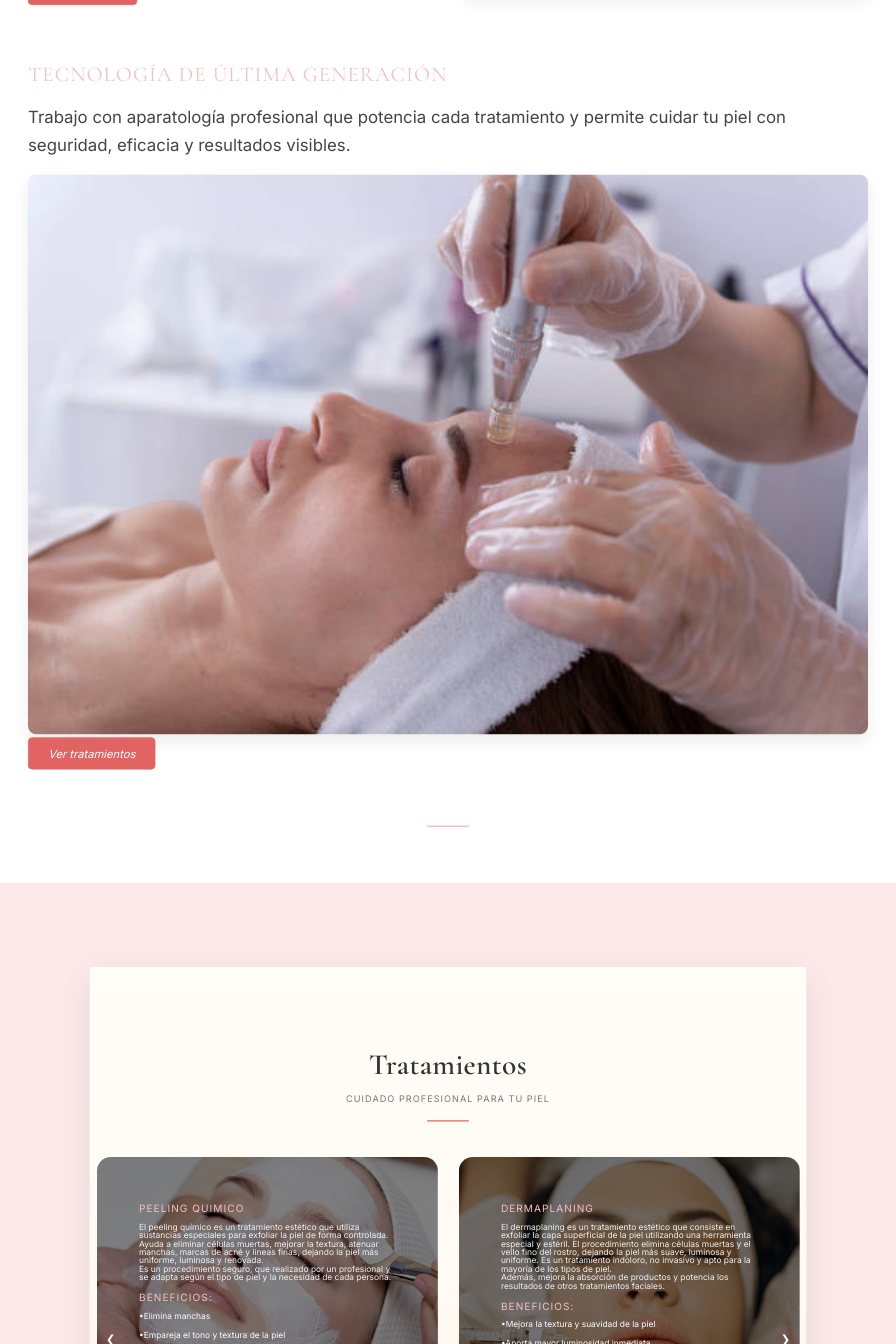
Repository: thiagobal1891-sudo/paginaweb
Page: index.html
These files come from the project's save history. The page is drawn as it stood at one moment and after the next save; the edit follows.
The browser window is 1280 px wide. The pictures show the part of the page from y = 1325 to 3245 px (the page is 5939 px tall before and 5339 px after), at 70% of full size.
Some web fonts or font styles are not loaded; a fallback is used.

Above is the page before, as saved 2026-03-11 19:54:59.
Console error: ReferenceError: emailjs is not defined

### index.html
<!DOCTYPE html>
<html lang="es">

<head>
  <meta charset="UTF-8">
  <meta name="viewport" content="width=device-width, initial-scale=1.0">
  <title>Fabiana Cosmetóloga</title>

  <!-- 🎨 Estilos locales -->
  <link rel="stylesheet" href="css/style.css">

  <!-- 🪶 Tipografías -->
  <link rel="preconnect" href="https://fonts.googleapis.com">
  <link rel="preconnect" href="https://fonts.gstatic.com" crossorigin>
  <link
    href="https://fonts.googleapis.com/css2?family=Melodrama:wght@400;500;600;700&family=Inter:wght@100..900&family=Poppins:wght@100..900&family=Cormorant+Garamond:wght@300..700&display=swap"
    rel="stylesheet">

  <!-- ⭐ Font Awesome -->
  <link rel="stylesheet" href="https://cdnjs.cloudflare.com/ajax/libs/font-awesome/6.5.0/css/all.min.css"
    crossorigin="anonymous" referrerpolicy="no-referrer" />
</head>

<body>
  <header>
    <div class="container">
      <a href="/" class="logo">
        <img src="media/logo.png" alt="Logo de la marca">
      </a>
      <nav>
        <a href="pages/servicios.html">SERVICIOS</a>
        <a href="pages/agenda.html">AGENDA</a>
        <a href="pages/info.html">INFO</a>
        <a href="pages/contacto.html">CONTACTO</a>
      </nav>
    </div>
  </header>

  <section id="hero" class="appear">
    <h1>Mejora tu piel</h1>
    <form action="#agenda-ya">
      <button>AGENDATE</button>
    </form>
  </section>
<section id="sobre" class="appear">

<div class="container">

<div class="section-title">
<h2>Sobre mí</h2>
<p>Cosmetología profesional y atención personalizada</p>
</div>


<div class="sobre-container">

<div class="sobre-texto">

<p>
En mi consultorio brindo una atención personalizada y dedicada,
donde cada detalle es cuidadosamente considerado.
Me tomo el tiempo de comprender las necesidades de cada paciente
para seleccionar el tratamiento más adecuado,
buscando siempre resultados naturales y armónicos.
</p>

<span class="link-servicios">
Mirá todos los servicios disponibles
</span>

<a class="btn-vermas" href="servicios.html#Tratamientos">
Ver servicios
</a>

</div>

<div class="sobre-img">
<img src="../media/Tratamientos-1.jpg" alt="Consultorio">
</div>

</div>


<div class="sobre-container reverse">



<div class="sobre-texto">

<h3>Tecnología de última generación</h3>

<p>
Trabajo con aparatología profesional que potencia cada tratamiento
y permite cuidar tu piel con seguridad, eficacia y resultados visibles.
</p>
<div class="sobre-img">
<img src="../media/Tratamientos-1.jpg" alt="Aparatología estética">
</div>
<a class="btn-vermas" href="servicios.html#Tratamientos">
Ver tratamientos
</a>

</div>

</div>

</div>

</section>

  <section id="Tratamientos" class="appear">
  <div class="container">
<div class="section-title">
  <h2>Tratamientos</h2>
  <p>Cuidado profesional para tu piel</p>
</div>
    <div class="carousel-wrapper">

      <div class="arrow left">&#10094;</div>
      <div class="carta-tratamientos">

        <div class="carta">
          <h3>PEELING QUIMICO</h3>
          <p class="info_carta">El peeling químico es un tratamiento estético que utiliza sustancias especiales para exfoliar la piel de forma controlada.
          Ayuda a eliminar células muertas, mejorar la textura, atenuar manchas, marcas de acné y líneas finas, dejando la piel más uniforme, luminosa y renovada.
          <br>Es un procedimiento seguro, que realizado por un profesional y se adapta según el tipo de piel y la necesidad de cada persona.</p>
          <h3>Beneficios:</h3>
          <ul>•Elimina manchas</ul>
          <ul>•Empareja el tono y textura de la piel</ul>
          <ul>•Elimina arrugas finas</ul>
          <ul>•Minimiza surcos y líneas de expresión</ul>
          <ul>•Minimiza y elimina cicatrices, marcas y estrías</ul>
          <ul>•Reduce el tamaño de los poros ganando luminosidad y mejorando la hidratación</ul>
        </div>

        <div class="carta">
          <h3>DERMAPLANING</h3>
          <p class="info_carta">El dermaplaning es un tratamiento estético que consiste en exfoliar la capa superficial de la piel utilizando una herramienta especial y estéril. El procedimiento elimina células muertas y el vello fino del rostro, dejando la piel más suave, luminosa y uniforme.
          Es un tratamiento indoloro, no invasivo y apto para la mayoría de los tipos de piel. <br> Además, mejora la absorción de productos y potencia los resultados de otros tratamientos faciales.</p>
                  <h3>Beneficios:</h3>
                  <ul>•Mejora la textura y suavidad de la piel</ul>
                  <ul>•Aporta mayor luminosidad inmediata</ul>
                  <ul>•Favorece una mejor absorción de cosméticos</ul>
                  <ul>•Ayuda a atenuar líneas finas superficiales</ul>
                  <ul>•Permite que el maquillaje se vea más uniforme</ul>
        </div>

        <div class="carta">
          <h3>RADIOFRECUENCIA</h3>
                  <p class="info_carta">La radiofrecuencia facial es un tratamiento estético no invasivo que utiliza ondas electromagnéticas para generar calor en las capas profundas de la piel. Este calor estimula la producción natural de colágeno y elastina, ayudando a mejorar la firmeza y elasticidad del rostro.
                  <br>Es un procedimiento seguro y confortable, ideal para combatir la flacidez y los signos del envejecimiento sin necesidad de cirugía ni tiempo de recuperación.</p>
                  <h3>Beneficios:</h3>
                  <ul>•Mejora la firmeza y tonicidad de la piel</ul>
                  <ul>•Estimula la producción de colágeno</ul>
                  <ul>•Reduce la apariencia de arrugas y líneas de expresión</ul>
                  <ul>•Mejora el contorno facial</ul>
                  <ul>•Aporta un efecto tensor progresivo y natural</ul>
        </div>

        <div class="carta">
          <h3>ALTA FRECUENCIA</h3>
                  <p class="info_carta">La alta frecuencia es un tratamiento estético que utiliza corrientes eléctricas suaves para oxigenar la piel, estimular la circulación y mejorar su aspecto general. Se aplica mediante un electrodo de vidrio que produce una leve chispa controlada, generando un efecto bactericida y descongestivo.
                  <br>Es especialmente recomendado para pieles con acné, exceso de grasa o poros dilatados, ya que ayuda a purificar y equilibrar la piel sin causar molestias.</p>
                  <h3>Beneficios:</h3>
                  <ul>•Tiene efecto bactericida, ideal para pieles acneicas</ul>
                  <ul>•Reduce la inflamación y enrojecimiento</ul>
                  <ul>•Mejora la circulación y oxigenación de la piel</ul>
                  <ul>•Ayuda a cicatrizar pequeñas lesiones</ul>
                  <ul>•Regula el exceso de grasa y cierra los poros</ul>
        </div>

        <div class="carta">
          <h3>MICRODERMOABRASIÓN</h3>
                  <p class="info_carta">La microdermoabrasión es un tratamiento estético que exfolia la piel de manera mecánica y controlada, eliminando células muertas de la capa superficial. Se realiza con un equipo especializado que ayuda a renovar la piel y estimular la regeneración celular.
                  <br>Es un procedimiento no invasivo, seguro y apto para distintos tipos de piel, ideal para mejorar la textura, luminosidad y apariencia general del rostro.</p>
                  <h3>Beneficios:</h3>
                  <ul>•Elimina células muertas y renueva la piel</ul>
                  <ul>•Mejora la textura y suavidad del rostro</ul>
                  <ul>•Atenúa manchas superficiales y marcas leves de acné</ul>
                  <ul>•Reduce la apariencia de poros dilatados</ul>
                  <ul>•Estimula la regeneración celular y aporta luminosidad</ul>
        </div>

        <div class="carta">
          <h3>DERMAPEN</h3>
                  <p class="info_carta">El Dermapen es un tratamiento estético que utiliza un dispositivo con microagujas para realizar pequeñas punciones controladas en la piel. Estas microperforaciones estimulan la producción natural de colágeno y elastina, favoreciendo la regeneración y mejorando la calidad de la piel.
                  <br>Es un procedimiento mínimamente invasivo que <br> se adapta según la necesidad de cada persona, y puede aplicarse en rostro y otras zonas para tratar diferentes imperfecciones.</p>
                  <h3>Beneficios:</h3>
                  <ul>•Estimula la producción de colágeno y elastina</ul>
                  <ul>•Mejora la textura y firmeza de la piel</ul>
                  <ul>•Atenúa cicatrices de acné y marcas</ul>
                  <ul>•Reduce líneas finas y arrugas</ul>
                  <ul>•Mejora la apariencia de manchas y poros dilatados</ul>
        </div>

                <div class="carta">
          <h3>ELECTROPORACIÓN</h3>
                  <p class="info_carta">La electroporación es un tratamiento estético no invasivo que utiliza impulsos eléctricos suaves para facilitar la penetración de principios activos en las capas más profundas de la piel, sin necesidad de agujas. Este proceso mejora la absorción de nutrientes, vitaminas y ácido hialurónico, potenciando los resultados del tratamiento.
                  <br>Es una técnica indolora y segura, ideal para revitalizar la piel y mejorar su aspecto de manera efectiva.</p>
                  <h3>Beneficios:</h3>
                  <ul>•Favorece la penetración profunda de activos</ul>
                  <ul>•Mejora la hidratación y nutrición de la piel</ul>
                  <ul>•Aporta mayor luminosidad y vitalidad</ul>
                  <ul>•Potencia los resultados de otros tratamientos</ul>
                  <ul>•Es un procedimiento no invasivo y sin tiempo de recuperación</ul>
        </div>
      </div>
      <div class="arrow right">&#10095;</div>
    </div>
  </div>
  </section>

  <section id="infocosmet" class="appear">
    <div class="carousel_infocosmet">
<div class="section-title">
  <h2>Resultados reales</h2>
  <p>Transformaciones visibles en tratamientos faciales</p>
</div>
<div class="carousel-track">
  <div class="slide">
    <div class="img-wrapper">
      <span class="badge top">ANTES:</span>
      <img src="media/Tratamientos-2.jpg" alt="">

    </div>
    <div class="img-wrapper">
      <span class="badge bottom">DESPUÉS:</span>
      <img src="media/Tratamientos-3.jpg" alt="">

    </div>
  </div>

  <div class="slide">
    <div class="img-wrapper">
      <span class="badge top">ANTES:</span>
      <img src="media/Tratamientos-2.jpg" alt="">

    </div>
    <div class="img-wrapper">
      <span class="badge bottom">DESPUÉS:</span>
      <img src="media/Tratamientos-3.jpg" alt="">

    </div>
  </div>

  <div class="slide">
    <div class="img-wrapper">
        <span class="badge top">ANTES:</span>
      <img src="media/Tratamientos-2.jpg" alt="">

    </div>
    <div class="img-wrapper">
      <span class="badge bottom">DESPUÉS:</span>
      <img src="media/Tratamientos-3.jpg" alt="">

    </div>
  </div>

    <div class="slide">
    <div class="img-wrapper">
          <span class="badge top">ANTES:</span>
      <img src="media/Tratamientos-2.jpg" alt="">

    </div>
    <div class="img-wrapper">
      <span class="badge bottom">DESPUÉS:</span>
      <img src="media/Tratamientos-3.jpg" alt="">

    </div>
  </div>

<div class="slide">
  <div class="img-wrapper">
    <span class="badge top">ANTES:</span>
    <img src="media/Tratamientos-2.jpg" alt="">
  </div>

  <div class="img-wrapper">
    <span class="badge bottom">DESPUÉS:</span>
    <img src="media/Tratamientos-3.jpg" alt="">
  </div>
</div>
  </div>

</div>
</div>
  </section>








  <section id="agenda-ya" class="appear">
    <h2>Agenda tu próxima cita</h2>
      <iframe
    src="https://calendar.google.com/calendar/appointments/schedules/AcZssZ2eKdgVxdvbgrkUTVsqOwalHssheLS5kVcqAfOLuK-u68fTKpPQHXKQoJWOc8hcPsaKt-rAaWGU?gv=true"
    style="border: 0"
    width="100%"
    height="600"
    frameborder="0">
  </iframe>
<div id="google-calendar-button"></div>

</section>






<footer class="footer">
  <div class="footer-container">

    <!-- Marca -->
    <div class="footer-brand">
      <h3>Fabiana Cosmetóloga</h3>
      <p>Cuidado profesional para tu piel</p>
    </div>

    <!-- Links internos -->
<div class="footer-links">
  <a href="index.html">Inicio</a>
  <a href="pages/servicios.html">Servicios</a>
  <a href="pages/agenda.html">Agenda</a>
  <a href="pages/info.html">Info</a>
  <a href="pages/contacto.html">Contacto</a>
</div>

    <!-- Redes -->
    <div class="footer-social">
      <a href="https://wa.me/59894623252" target="_blank">
        <i class="fa-brands fa-whatsapp"></i>
      </a>
      <a href="https://www.instagram.com/fabicosmetologa" target="_blank">
        <i class="fa-brands fa-instagram"></i>
      </a>
    </div>

  </div>

  <div class="footer-bottom">
    <p>© 2026 Fabiana Cosmetóloga · Todos los derechos reservados</p>
  </div>
</footer>

  <!-- 📧 EmailJS -->
  <script src="https://cdn.jsdelivr.net/npm/emailjs-com@3/dist/email.min.js"></script>

  <!-- 🧠 Archivo JS externo -->
  <script src="script.js" defer></script>

<a href="https://wa.me/59894623252" class="whatsapp-float" target="_blank">
<i class="fa-brands fa-whatsapp"></i>
</a>
</body>

</html>

Loaded but not shown: script.js (144 lines, source omitted); css/style.css (1305 lines, source omitted)

After the next save:
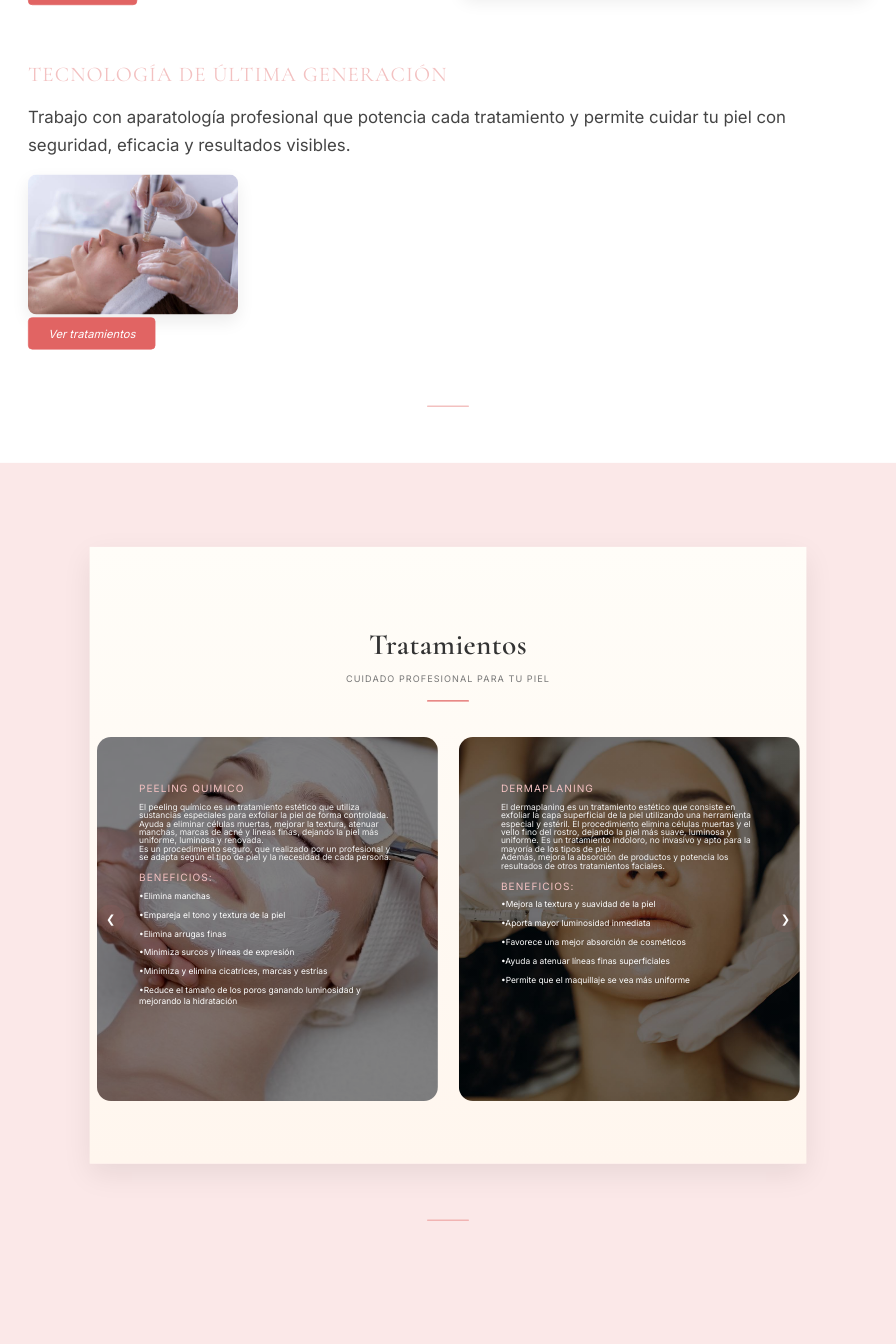
Saved 9 s later.
--- a/index.html
+++ b/index.html
@@ -93,7 +93,7 @@ Ver servicios
 Trabajo con aparatología profesional que potencia cada tratamiento
 y permite cuidar tu piel con seguridad, eficacia y resultados visibles.
 </p>
-<div class="sobre-img">
+<div class="sobre-img2">
 <img src="../media/Tratamientos-1.jpg" alt="Aparatología estética">
 </div>
 <a class="btn-vermas" href="servicios.html#Tratamientos">
